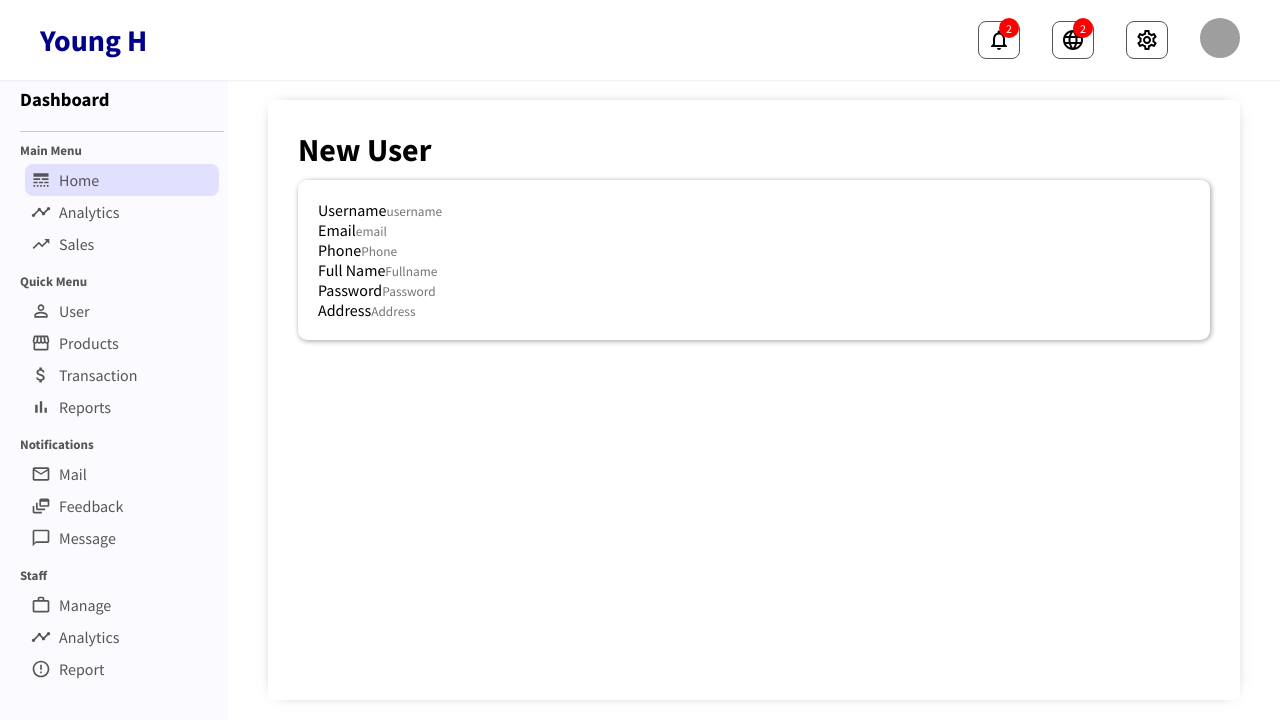
Repository: noname20011/admin
Page: /register
These files come from the project's save history. The page is drawn as it stood at one moment and after the next save; the edit follows.
The browser window is 1280 px wide. The pictures show the whole page.
Pictures or frames that could not be fetched are drawn as grey boxes. The project was rebuilt for these pictures with package versions that can differ from the ones it lists, and the page was loaded fresh each time. Also part of the build but not shown: src/pages/home/home.css, src/comopnents/featureInfo/feature.css, src/comopnents/featureInfo/Feature.jsx, src/comopnents/chart/chart.css, src/comopnents/chart/Chart.jsx, src/comopnents/widgetSm/widgetSm.css, src/comopnents/widgetSm/WidgetSm.jsx, src/comopnents/widgetLg/widgetLg.css and 7 more.

Above is the page before, as saved 2021-11-14 15:20:50.

### public/index.html
<!DOCTYPE html>
<html lang="en">
  <head>
    <meta charset="utf-8" />
    <meta name="viewport" content="width=device-width, initial-scale=1" />
    <meta name="theme-color" content="#000000" />
    <meta
      name="description"
      content="Web site created using create-react-app"
    />
    <!-- GOOGLE FONTS -->
    <link href="https://fonts.googleapis.com/css2?family=Source+Sans+Pro:wght@200;300;400;600;700;900&display=swap" rel="stylesheet">
    <style>
      * {
        font-family: 'Source Sans Pro', sans-serif;
        padding: 0;
        margin: 0;
      }
    </style>
    <title>React Admin App</title>
  </head>
  <body>
    <div id="root"></div>
  </body>
</html>

### src/App.js
import Topbar from "./comopnents/topbar/Topbar";
import Sidebar from "./comopnents/sidebar/Sidebar";
import Home from "./pages/home/Home.jsx"
import UserList from "./pages/userList/UserList";
import User from "./pages/user/User";
import NewUser from "./pages/newUser/NewUser";
import './app.css'

import {BrowserRouter as Router, Routes , Route} from "react-router-dom"
function App() {
  return (
    <div>
      <Router>
        <Topbar/>
        <div className="container">
          <Sidebar/>
          <Routes >
            <Route path="/" exact element={<Home/>}/>
            <Route path="/users" exact element={<UserList/>}/>
            <Route path="/user/:userId" exact element={<User/>}/>
            <Route path="/register" exact element={<NewUser/>}/>
          </Routes>
        </div>
      </Router>
    </div>
  );
}

export default App;

### src/comopnents/topbar/Topbar.jsx
import React from 'react'
import './topbar.css'

import { Language, NotificationsNone, SettingsOutlined  } from '@material-ui/icons'

export default function Topbar() {
    return (
        <div className="topbar">
            <div className="topbarWrapper">
                <div className="topLeft">
                    <div className="logo">Young H</div>
                </div>
                <div className="topRight">
                    <div className="topbarIconContainer">
                        <NotificationsNone/>
                        <div className="topIconsBadge">2</div>
                    </div>
                    <div className="topbarIconContainer">
                        <Language/>
                        <div className="topIconsBadge">2</div>
                    </div>
                    <div className="topbarIconContainer">
                        <SettingsOutlined/>
                    </div>
                    <div>
                        <img src="https://images.pexels.com/photos/1526814/pexels-photo-1526814.jpeg?auto=compress&cs=tinysrgb&dpr=2&w=500" alt="admin" className="topAvatar"/>
                    </div>
                </div>
            </div>
        </div>
    )
}

### src/comopnents/sidebar/Sidebar.jsx
import { AttachMoney, BarChart, ChatBubbleOutline, DynamicFeed, ErrorOutline, LineStyle, MailOutlined, PersonOutline, Storefront, Timeline, TrendingUp,  WorkOutlineOutlined } from '@material-ui/icons'
import React from 'react'
import "./sidebar.css"
export default function Sidebar() {
    return (
        <div className="sidebar">
            <div className="sidebarWrapper">
                <h3 className="sidebarTitle">Dashboard</h3>
                <div className="sidebarMenu">
                    <h4 className="sidebarMenuTitle">Main Menu</h4>
                    <ul className="sidebarLists">
                        <li className="sidebarListItem active">
                            <LineStyle className="sidebarIcon"/>
                            Home
                        </li>
                        <li className="sidebarListItem">
                            <Timeline className="sidebarIcon"/>
                            Analytics
                        </li>
                        <li className="sidebarListItem">
                            <TrendingUp className="sidebarIcon"/>
                            Sales
                        </li>
                    </ul>
                </div>
                <div className="sidebarMenu">
                    <h4 className="sidebarMenuTitle">Quick Menu</h4>
                    <ul className="sidebarLists">
                        <li className="sidebarListItem">
                            <PersonOutline className="sidebarIcon"/>
                            User
                        </li>
                        <li className="sidebarListItem">
                            <Storefront className="sidebarIcon"/>
                            Products
                        </li>
                        <li className="sidebarListItem">
                            <AttachMoney className="sidebarIcon"/>
                            Transaction
                        </li>
                        <li className="sidebarListItem">
                            <BarChart className="sidebarIcon"/>
                            Reports
                        </li>
                    </ul>
                </div>
                <div className="sidebarMenu">
                    <h4 className="sidebarMenuTitle">Notifications</h4>
                    <ul className="sidebarLists">
                        <li className="sidebarListItem">
                            <MailOutlined className="sidebarIcon"/>
                            Mail
                        </li>
                        <li className="sidebarListItem">
                            <DynamicFeed className="sidebarIcon"/>
                            Feedback
                        </li>
                        <li className="sidebarListItem">
                            <ChatBubbleOutline className="sidebarIcon"/>
                            Message
                        </li>
                    </ul>
                </div>
                <div className="sidebarMenu">
                    <h4 className="sidebarMenuTitle">Staff</h4>
                    <ul className="sidebarLists">
                        <li className="sidebarListItem">
                            <WorkOutlineOutlined className="sidebarIcon"/>
                            Manage
                        </li>
                        <li className="sidebarListItem">
                            <Timeline className="sidebarIcon"/>
                            Analytics
                        </li>
                        <li className="sidebarListItem">
                            <ErrorOutline className="sidebarIcon"/>
                            Report
                        </li>
                    </ul>
                </div>
            </div>
        </div>
    )
}

### src/pages/newUser/NewUser.jsx
import "./newUser.css"

export default function NewUser() {
    return (
        <div className="newUser">
            <h1 className="newUserTitle">New User</h1>
            <div className="newUserContainer">
                <form action="" className="newUserForm">
                    <div className="newUserItem">
                        <label>Username</label>
                        <input type="text" className="newUserInput" placeholder="username"/>
                    </div>
                    <div className="newUserItem">
                        <label>Email</label>
                        <input type="email" className="newUserInput" placeholder="email"/>
                    </div>
                    <div className="newUserItem">
                        <label>Phone</label>
                        <input type="text" className="newUserInput" placeholder="Phone"/>
                    </div>
                    <div className="newUserItem">
                        <label>Full Name</label>
                        <input type="text" className="newUserInput" placeholder="Fullname"/>
                    </div>
                    <div className="newUserItem">
                        <label>Password</label>
                        <input type="text" className="newUserInput" placeholder="Password"/>
                    </div>
                    <div className="newUserItem">
                        <label>Address</label>
                        <input type="text" className="newUserInput" placeholder="Address"/>
                    </div>
                </form>
            </div>
        </div>
    )
}

### src/app.css
ul, li {
    list-style: none;
}

a {
    text-decoration: none;
}

.container {
    display: flex;
}

.other {
    flex: 4;
}

button, input {
    border: none;
    outline: none;
}

### src/comopnents/topbar/topbar.css
.topbar {
    width: 100%;
    height: 80px;
    background: #fff;
    box-shadow: 0 .5px 2px rgba(0, 0, 0, 0.07);

    position: sticky;
    top: 0;
    z-index: 1000;
}

.topbarWrapper {
    height: 100%;
    padding: 0 40px;
    display: flex;
    justify-content: space-between;
    align-items: center;
}

.logo {
    font-weight: bold;
    font-size: 30px;
    color: darkblue;
    cursor: pointer;
}

.topRight {
    display: flex;
    align-items: center;
    column-gap: 2rem;
}
.topbarIconContainer {
    position: relative;
    cursor: pointer;
    width: 40px;
    height: 36px;
    border: 1px solid #555;
    border-radius: .5rem;
    display: flex;
    align-items: center;
    justify-content: center;
}

.topbarIconContainer:hover {
    background-color: rgb(248, 246, 246);
}

.topIconsBadge {
    font-size: 12px;
    position: absolute;
    top: -4px;
    right: 0px;

    width: 20px;
    height: 20px;
    background-color: red;
    color: #fff;
    border-radius: 50%;

    display: flex;
    place-content: center;
    place-items: center;
}

.topAvatar {
    width: 40px;
    height: 40px;
    object-fit: cover;
    border-radius: 50%;
    cursor: pointer;
}

### src/comopnents/sidebar/sidebar.css
.sidebar {
    flex: 1;
    background-color: rgb(251, 251, 255);
    position: sticky;
    top: 80px;
    height: calc(100vh - 80px);
}

.sidebarWrapper {
    padding: 8px 4px 0 20px;
}

.sidebarTitle {
    padding-bottom: 20px;
    margin-bottom: 10px;
    border-bottom: 1px solid #ccc;
}

.sidebarMenu {
    margin-bottom: 8px;
}

.sidebarMenuTitle {
    color: #555;
    font-size: 13px;
}

.sidebarLists {
    padding: 5px;
}

.sidebarListItem {
    display: flex;
    align-items: center;
    column-gap: .5rem;

    padding: 6px;
    color: #555;
    cursor: pointer;
    border-radius: .5rem;
}

.sidebarListItem.active,
.sidebarListItem:hover {
    background-color: rgb(225, 225, 255);
}

.sidebarIcon {
    font-size: 20px!important;
}

### src/pages/newUser/newUser.css
.newUser {
    flex: 4;
    margin: 20px 40px;
    padding: 30px;
    border-radius: .4rem;
    -webkit-box-shadow: 0px 0px 15px -10px rgba(0, 0, 0, 0.75);
    box-shadow: 0px 0px 15px -10px rgba(0, 0, 0, 0.75);
}

.newUserContainer {
    padding: 20px;
    margin-top: 10px;
    border-radius: .6rem;
    box-shadow: inset 0px 2px 5px rgba(255, 255, 255, 0.8), 2px 0px 5px rgba(0, 0, 0, 0.2), 0px 2px 5px rgba(0, 0, 0, 0.2), inset 2px 5px 3px rgba(255, 255, 255, 0.8)  ;
}

Loaded but not shown: src/index.js (common file)

After the next save:
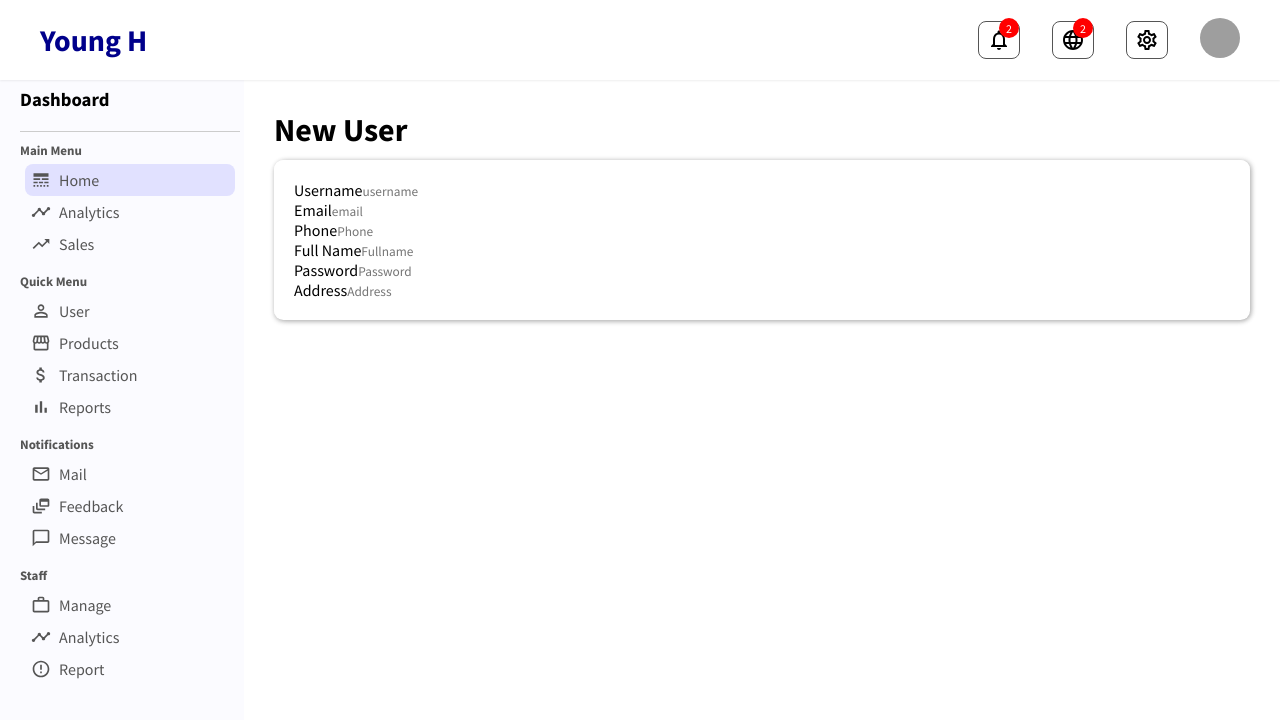
Saved 28 s later.
--- a/src/pages/newUser/newUser.css
+++ b/src/pages/newUser/newUser.css
@@ -1,10 +1,7 @@
 .newUser {
     flex: 4;
-    margin: 20px 40px;
     padding: 30px;
     border-radius: .4rem;
-    -webkit-box-shadow: 0px 0px 15px -10px rgba(0, 0, 0, 0.75);
-    box-shadow: 0px 0px 15px -10px rgba(0, 0, 0, 0.75);
 }
 
 .newUserContainer {
